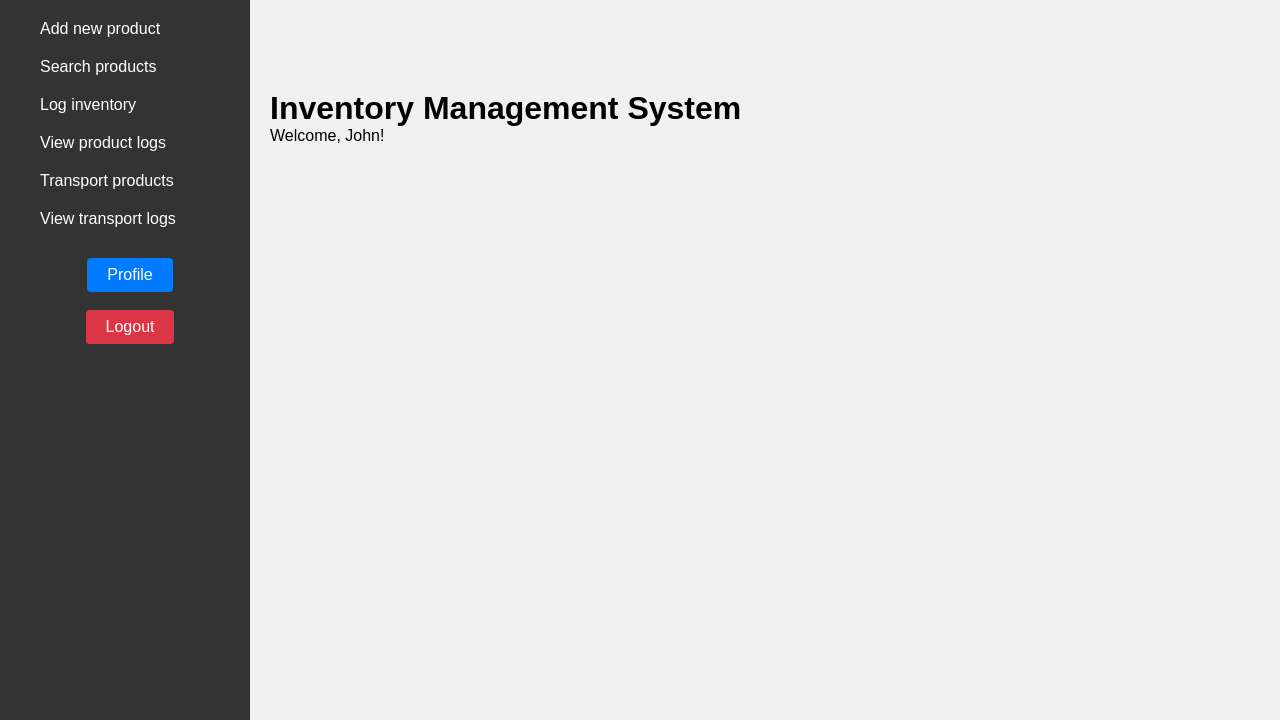
Repository: Warspinix/Flask-Web-Applications
Page: http://localhost/dashboard
These files come from the project's save history. The page is drawn as it stood at one moment and after the next save; the edit follows.
The browser window is 1280 px wide. The pictures show the whole page.
The page is served by the project's application, run on Flask 3 (app.py). The session is filled in as if someone had signed in: {"user_id": 1, "first_name": "John"}.

Above is the page before, as saved 2024-06-13 21:43:34.

### templates/dashboard.html
<!-- dashboard.html -->

<!DOCTYPE html>
<html>

<head>
    <title>Inventory Management System</title>
    <link rel="stylesheet" type="text/css" href="{{ url_for('static', filename='style.css') }}">
</head>

<body>
    <div class="container">
        <!-- Navigation Bar -->
        <nav class="navbar" id="navbar">
            <div class="navbar-container">
                <!-- Functionality list -->
                <ul class="navbar-menu" id="menu">
                    <li><a href="{{ url_for('add_product') }}">Add new product</a></li>
                    <li><a href="{{ url_for('search_products') }}">Search products</a></li>
                    <li><a href="{{ url_for('log_inventory') }}">Log inventory</a></li>
                    <li><a href="{{ url_for('view_product_logs') }}">View product logs</a></li>
                    <li><a href="{{ url_for('transport_products') }}">Transport products</a></li>
                    <li><a href="{{ url_for('view_transport_logs') }}">View transport logs</a></li>
                </ul>

                <div class="profile-logout">
                    <a href="{{ url_for('profile') }}" class="btn btn-primary">Profile</a><br>
                    <a href="{{ url_for('logout') }}" class="btn btn-danger">Logout</a>
                </div>
            </div>
        </nav>
        <div class="content">
            <h1>Inventory Management System</h1>

            <!-- Welcome message -->
            <p>Welcome, {{ first_name }}!</p>
        </div>
    </div>
</body>

</html>

### app.py
from flask import Flask, render_template, redirect, url_for, flash, session
import flask_mysqldb
from flask_wtf import FlaskForm
from wtforms import StringField, PasswordField, SubmitField, IntegerField, SelectField
from wtforms.validators import DataRequired, NumberRange, Optional
import os
import datetime
from flask_bcrypt import Bcrypt

secret_key = os.urandom(24).hex()

app = Flask(__name__)
app.config["SECRET_KEY"] = secret_key
app.config["MYSQL_HOST"] = "localhost"
app.config["MYSQL_USER"] = "root"
app.config["MYSQL_PASSWORD"] = ""
app.config["MYSQL_DB"] = "inventory"

bcrypt = Bcrypt(app)

mysql = flask_mysqldb.MySQL(app)

class RegistrationForm(FlaskForm):
    email = StringField("Email", validators=[DataRequired()])
    first_name = StringField("First Name", validators=[DataRequired()])
    last_name = StringField("Last Name", validators=[DataRequired()])
    password = PasswordField("Password", validators=[DataRequired()])
    submit = SubmitField("Register")

class LoginForm(FlaskForm):
    user_id = StringField("User ID", validators=[DataRequired()])
    password = PasswordField("Password", validators=[DataRequired()])
    submit = SubmitField("Login")

class AddProductForm(FlaskForm):
    product_name = StringField("Product Name", validators=[DataRequired()])
    submit = SubmitField("Add Product")

class SearchForm(FlaskForm):
    search_by = StringField("Search by", validators=[DataRequired()])
    search_term = StringField("Search term", validators=[DataRequired()])
    submit = SubmitField("Search")

class AddToInventoryForm(FlaskForm):
    product_id = StringField("Product ID", validators=[DataRequired()])
    quantity_added = StringField("Quantity to add", validators=[DataRequired()])
    submit = SubmitField("Add to Inventory")

from flask_wtf import FlaskForm
from wtforms import SelectField, StringField, SubmitField
from wtforms.validators import DataRequired, Optional

class ViewProductLogsForm(FlaskForm):
    search_by = SelectField("Search by", choices=[
        ('', 'Select option'),
        ('id', 'Product ID'),
        ('month', 'Month'),
        ('both', 'Both')
    ], validators=[DataRequired()])
    product_id = StringField("Product ID", validators=[Optional()])
    month = SelectField("Select month", choices=[
        ('', 'Select month'),
        ('1', 'January'), ('2', 'February'), ('3', 'March'), ('4', 'April'),
        ('5', 'May'), ('6', 'June'), ('7', 'July'), ('8', 'August'),
        ('9', 'September'), ('10', 'October'), ('11', 'November'), ('12', 'December')
    ], validators=[Optional()])
    submit = SubmitField("View Logs")


class TransportForm(FlaskForm):
    product_id = IntegerField('Product ID', validators=[DataRequired(), NumberRange(min=1)])
    quantity_transported = IntegerField('Quantity to transport', validators=[DataRequired(), NumberRange(min=1)])
    submit = SubmitField('Transport')

class ViewTransportLogsForm(FlaskForm):
    search_by = SelectField("Search by", choices=[('', 'Select option'), ('id', 'Product ID'), ('month', 'Month'), ('both', 'Both')], validators=[DataRequired()])
    product_id = StringField("Product ID", validators=[Optional()])
    month = StringField("Select month", validators=[Optional()])
    submit = SubmitField("View Logs")


@app.route("/")
def index():
    return render_template("index.html")

@app.route("/register", methods=["GET", "POST"])
def register():
    form = RegistrationForm()
    if form.validate_on_submit():
        cur = mysql.connection.cursor()
        cur.execute("SELECT COUNT(*) FROM users")
        count = cur.fetchone()[0] + 1
        user_id = str(datetime.date.today().year) + str(count).zfill(3)
        registration_date = datetime.date.today()
        registration_time = datetime.datetime.now().time()
        hashed_password = bcrypt.generate_password_hash(form.password.data).decode('utf-8')
        cur.execute("INSERT INTO users (id, email, first_name, last_name, password, registration_date, registration_time) VALUES (%s, %s, %s, %s, %s, %s, %s)",
                    (user_id, form.email.data, form.first_name.data, form.last_name.data, hashed_password, registration_date, registration_time))
        mysql.connection.commit()
        # flash("Registration successful! You will be redirected to the home page in 3 seconds.")
        # return render_template("register_success.html")
        return redirect(url_for("index"))
    return render_template("register.html", form=form)

@app.route("/login", methods=["GET", "POST"])
def login():
    form = LoginForm()
    if form.validate_on_submit():
        cur = mysql.connection.cursor()
        print(form.user_id.data)
        print(form.password.data)
        cur.execute("SELECT password, first_name FROM users WHERE email = %s", (form.user_id.data,))
        result = cur.fetchone()
        print(result)
        if result:
            hashed_password = result[0]
            if bcrypt.check_password_hash(hashed_password, form.password.data):
                session['user_id'] = form.user_id.data
                session['first_name'] = result[1]  # Store first name in session
                return redirect(url_for("dashboard"))
            else:
                flash("Invalid user ID or password")
        else:
            flash("Invalid user ID or password")
    return render_template("login.html", form=form)

@app.route("/logout")
def logout():
    session.pop('user_id', None)
    session.pop('first_name', None)
    return redirect(url_for("index"))

@app.route("/dashboard")
def dashboard():
    if 'user_id' not in session:
        return redirect(url_for("login"))
    return render_template("dashboard.html", user_id=session['user_id'], first_name=session['first_name'])

@app.route("/profile")
def profile():
    if 'user_id' not in session:
        return redirect(url_for("login"))
    cur = mysql.connection.cursor()
    cur.execute("SELECT email, first_name, last_name, registration_date FROM users WHERE id = %s", (session['user_id'],))
    result = cur.fetchone()
    if result:
        return render_template("profile.html", email=result[0], first_name=result[1], last_name=result[2], registration_date=result[3])
    else:
        flash("User not found")
        return redirect(url_for("dashboard"))

@app.route("/add_product", methods=["GET", "POST"])
def add_product():
    if 'user_id' not in session:
        return redirect(url_for("login"))
    form = AddProductForm()
    if form.validate_on_submit():
        cur = mysql.connection.cursor()
        cur.execute("INSERT INTO products (name, quantity) VALUES (%s, %s)",
                    (form.product_name.data, 0))
        mysql.connection.commit()
        cur.execute("SELECT id FROM products ORDER BY id DESC LIMIT 1")
        product_id = cur.fetchone()[0]
        flash("Product added successfully! Product ID is " + str(product_id))
    return render_template("add_product.html", form=form, user_id=session['user_id'], first_name=session['first_name'])

@app.route("/search_products", methods=["GET", "POST"])
def search_products():
    if 'user_id' not in session:
        return redirect(url_for("login"))
    form = SearchForm()
    if form.validate_on_submit():
        cur = mysql.connection.cursor()
        if form.search_by.data == "id":
            cur.execute("SELECT * FROM products WHERE id = %s", (form.search_term.data,))
        else:
            cur.execute("SELECT * FROM products WHERE name LIKE %s", ("%" + form.search_term.data + "%",))
        products = cur.fetchall()
        return render_template("search_products.html", form=form, products=products, user_id=session['user_id'], first_name=session['first_name'])
    return render_template("search_products.html", form=form, user_id=session['user_id'], first_name=session['first_name'])

@app.route("/log_inventory", methods=["GET", "POST"])
def log_inventory():
    if 'user_id' not in session:
        return redirect(url_for("login"))
    form = AddToInventoryForm()
    if form.validate_on_submit():
        cur = mysql.connection.cursor()
        cur.execute("SELECT quantity FROM products WHERE id = %s", (form.product_id.data,))
        result = cur.fetchone()
        if result:
            new_quantity = result[0] + int(form.quantity_added.data)
            cur.execute("UPDATE products SET quantity = %s WHERE id = %s", (new_quantity, form.product_id.data))
            mysql.connection.commit()
            cur.execute("INSERT INTO products_log (product_id, quantity_added, log_date, log_time, user_id) VALUES (%s, %s, %s, %s, %s)",
                        (form.product_id.data, form.quantity_added.data, datetime.date.today(), datetime.datetime.now().time(), session['user_id']))
            mysql.connection.commit()
            flash("Inventory updated successfully!")
        else:
            flash("Product not found")
    return render_template("log_inventory.html", form=form, user_id=session['user_id'], first_name=session['first_name'])

@app.route("/view_product_logs", methods=["GET", "POST"])
def view_product_logs():
    if 'user_id' not in session:
        return redirect(url_for("login"))

    form = ViewProductLogsForm()
    product_logs = None

    if form.validate_on_submit():
        search_by = form.search_by.data
        product_id = form.product_id.data
        month = form.month.data

        query = """SELECT pl.product_id, p.name, pl.quantity_added, pl.log_date, pl.log_time,
                          CONCAT(u.first_name, ' ', u.last_name) AS full_name
                   FROM products_log pl
                   JOIN products p ON pl.product_id = p.id
                   JOIN users u ON pl.user_id = u.id"""
        conditions = []
        params = []

        if search_by == 'id':
            conditions.append("pl.product_id = %s")
            params.append(product_id)
        elif search_by == 'month':
            conditions.append("MONTH(pl.log_date) = %s")
            params.append(month)
        elif search_by == 'both':
            conditions.append("pl.product_id = %s AND MONTH(pl.log_date) = %s")
            params.append(product_id)
            params.append(month)

        if conditions:
            query += " WHERE " + " AND ".join(conditions)

        cur = mysql.connection.cursor()
        cur.execute(query, tuple(params))
        product_logs = cur.fetchall()

    return render_template("view_product_logs.html", form=form, product_logs=product_logs, user_id=session['user_id'], first_name=session['first_name'])

@app.route("/transport_products", methods=["GET", "POST"])
def transport_products():
    if 'user_id' not in session:
        return redirect(url_for("login"))
    form = TransportForm()
    if form.validate_on_submit():
        cur = mysql.connection.cursor()
        cur.execute("SELECT quantity FROM products WHERE id = %s", (form.product_id.data,))
        result = cur.fetchone()
        if result:
            current_quantity = result[0]
            if current_quantity >= form.quantity_transported.data:
                new_quantity = current_quantity - form.quantity_transported.data
                cur.execute("UPDATE products SET quantity = %s WHERE id = %s", (new_quantity, form.product_id.data))
                mysql.connection.commit()
                cur.execute("INSERT INTO transports_log (product_id, user_id, quantity_transported, log_date, log_time) VALUES (%s, %s, %s, %s, %s)",
                            (form.product_id.data, session['user_id'], form.quantity_transported.data, datetime.date.today(), datetime.datetime.now().time()))
                mysql.connection.commit()
                flash("Product transported successfully!")
            else:
                flash("Not enough quantity in stock")
        else:
            flash("Product not found")
    return render_template("transport_products.html", form=form, user_id=session['user_id'], first_name=session['first_name'])

@app.route("/view_transport_logs", methods=["GET", "POST"])
def view_transport_logs():
    if 'user_id' not in session:
        return redirect(url_for("login"))
    form = ViewTransportLogsForm()
    transport_logs = None
    if form.validate_on_submit():
        search_by = form.search_by.data
        product_id = form.product_id.data
        month = form.month.data

        query = """SELECT tl.id, tl.product_id, p.name, tl.quantity_transported, tl.log_date, tl.log_time,
                          CONCAT(u.first_name, ' ', u.last_name) AS full_name
                   FROM transports_log tl
                   JOIN products p ON tl.product_id = p.id
                   JOIN users u ON tl.user_id = u.id"""
        params = []

        if search_by == 'id':
            query += " WHERE tl.product_id = %s"
            params.append(product_id)
        elif search_by == 'month':
            query += " WHERE MONTH(tl.log_date) = %s"
            params.append(month)
        elif search_by == 'both':
            query += " WHERE tl.product_id = %s AND MONTH(tl.log_date) = %s"
            params.append(product_id)
            params.append(month)

        cur = mysql.connection.cursor()
        cur.execute(query, tuple(params))
        transport_logs = cur.fetchall()

    return render_template("view_transport_logs.html", form=form, transport_logs=transport_logs, user_id=session['user_id'], first_name=session['first_name'])

if __name__ == "__main__":
    app.run(debug=True)

### static/style.css
/* Reset default styles */
* {
    margin: 0;
    padding: 0;
    box-sizing: border-box;
}

body {
    font-family: Arial, sans-serif;
    background-color: #f0f0f0;
    display: flex;
    flex-direction: column;
    min-height: 100vh;
}

/* Navigation Bar styles */
.navbar {
    background-color: #333;
    color: #fff;
    padding: 10px 20px;
    position: fixed;
    width: 250px; /* Set the width */
    height: 100%;
    top: 0;
    left: 0;
    z-index: 1000;
    transition: all 0.3s ease;
}

.navbar-container {
    display: flex;
    flex-direction: column;
    height: 100%;
}

.navbar-header {
    display: flex;
    align-items: center;
    justify-content: space-between; /* Adjust spacing */
    margin-bottom: 20px; /* Adjust spacing */
}

.navbar-brand {
    color: #fff;
    text-decoration: none;
    font-size: 1.5rem;
    margin-left: 10px;
}

.navbar-menu {
    list-style-type: none;
    display: flex;
    flex-direction: column;
    margin-top: 0; /* Push menu items to the bottom */
}

.navbar-menu li {
    margin-right: 0; /* Remove margin */
}

.navbar-menu li a {
    color: #fff;
    text-decoration: none;
}

.navbar-menu li {
    padding: 10px 20px;

    transition: color 0.3s ease;
}

.navbar-menu li:hover {
    background-color: #007bff;
}

/* Profile and logout buttons */
.profile-logout {
    display: flex;
    flex-direction: column;
    align-items: center;
    margin-top: auto; /* Push to the bottom */
    margin-bottom: 20px; /* Adjust spacing */
}

.profile-logout a {
    color: #fff;
    text-decoration: none;
    padding: 8px 20px;
    border-radius: 4px;
    transition: background-color 0.3s ease;
}

.profile-logout a.btn-primary {
    background-color: #007bff;
}

.profile-logout a.btn-danger {
    background-color: #dc3545;
}

.profile-logout a.btn:hover {
    background-color: #0056b3;
}

/* Menu toggle button */
.menu-toggle {
    background: none;
    border: none;
    cursor: pointer;
    display: none;
    padding: 5px;
    position: absolute;
    top: 10px;
    right: 10px;
    z-index: 1500;
}

.menu-toggle span {
    background-color: #fff;
    display: block;
    height: 2px;
    margin-bottom: 4px;
    transition: transform 0.2s ease, background-color 0.2s ease;
    width: 20px;
}

.menu-toggle span:nth-child(1) {
    transform: translateY(6px) rotate(45deg);
}

.menu-toggle span:nth-child(2) {
    opacity: 0;
}

.menu-toggle span:nth-child(3) {
    transform: translateY(-6px) rotate(-45deg);
}

@media screen and (max-width: 768px) {
    .navbar {
        width: 250px;
        transform: translateX(-100%);
        transition: transform 0.3s ease;
    }

    .navbar.active {
        transform: translateX(0);
    }

    .navbar-container {
        flex-direction: row;
    }

    .navbar-header {
        margin-bottom: 20px; /* Adjust spacing */
        width: 100%;
        display: flex;
        justify-content: space-between;
    }

    .navbar-brand {
        margin-bottom: 0; /* Adjust spacing */
    }

    .navbar-menu {
        flex-direction: column;
        margin-top: 0;
        width: 100%;
    }

    .navbar-menu.active {
        flex-direction: column;
    }

    .menu-toggle {
        display: block;
    }

    .profile-logout {
        flex-direction: row;
        justify-content: space-between;
    }

    .profile-logout a {
        margin-left: 10px;
        margin-bottom: 0;
    }
}

/* Side Navigation for small screens */
.side-nav {
    position: fixed;
    top: 0;
    left: -250px;
    width: 250px;
    height: 100%;
    background-color: #333;
    transition: all 0.3s ease;
    z-index: 1200;
}

.side-nav.active {
    left: 0;
}

.side-nav ul {
    list-style-type: none;
    padding: 0;
    margin: 20px 0;
}

.side-nav ul li {
    padding: 10px;
    border-bottom: 1px solid #666;
}

.side-nav ul li a {
    color: #fff;
    text-decoration: none;
    display: block;
    transition: all 0.3s ease;
}

.side-nav ul li a:hover {
    background-color: #007bff;
}

/* Content area */
.content {
    margin-left: 250px; /* Width of the side nav */
    margin-top: 70px;
    padding: 20px;
    flex: 1;
}

/* Form styles */
form {
    background-color: #fff;
    padding: 20px;
    border-radius: 8px;
    box-shadow: 0 4px 6px rgba(0, 0, 0, 0.1);
}

form label {
    font-weight: bold;
}

form input[type="number"],
form select {
    padding: 8px;
    margin-top: 5px;
    width: 100%;
    border: 1px solid #ccc;
    border-radius: 4px;
}

form input[type="submit"] {
    background-color: #007bff;
    color: #fff;
    border: none;
    padding: 10px 20px;
    cursor: pointer;
    margin-top: 10px;
    border-radius: 4px;
    transition: background-color 0.3s ease;
}

form input[type="submit"]:hover {
    background-color: #0056b3;
}

/* Table styles */
table {
    width: 100%;
    margin-top: 20px;
    border-collapse: collapse;
    border-radius: 8px;
    overflow: hidden;
    box-shadow: 0 4px 6px rgba(0, 0, 0, 0.1);
}

table th, table td {
    padding: 12px 15px;
    text-align: left;
    border-bottom: 1px solid #ddd;
}

table th {
    background-color: #007bff;
    color: #fff;
}

/* Profile and logout buttons */
.profile-logout {
    text-align: right;
    margin-top: 20px;
}

.profile-logout a {
    margin-left: 10px;
}

.profile-logout a.btn {
    color: #fff;
    text-decoration: none;
    padding: 8px 20px;
    border-radius: 4px;
    transition: background-color 0.3s ease;
}

.profile-logout a.btn.btn-primary {
    background-color: #007bff;
}

.profile-logout a.btn.btn-danger {
    background-color: #dc3545;
}

.profile-logout a.btn:hover {
    background-color: #0056b3;
}

After the next save:
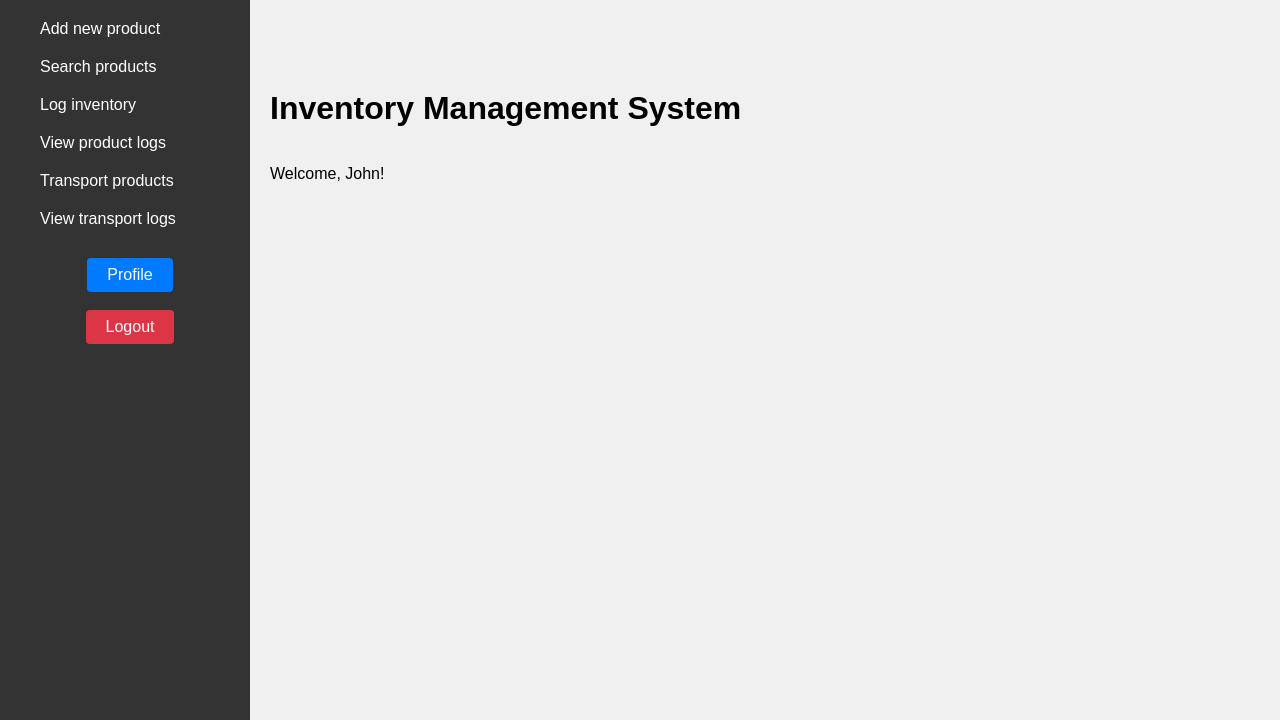
Saved 26 min 51 s later.
--- a/static/style.css
+++ b/static/style.css
@@ -11,6 +11,10 @@ body {
     display: flex;
     flex-direction: column;
     min-height: 100vh;
+}
+
+h1 {
+    padding-bottom: 1.2em;
 }
 
 /* Navigation Bar styles */
@@ -65,7 +69,6 @@ body {
 
 .navbar-menu li {
     padding: 10px 20px;
-
     transition: color 0.3s ease;
 }
 
